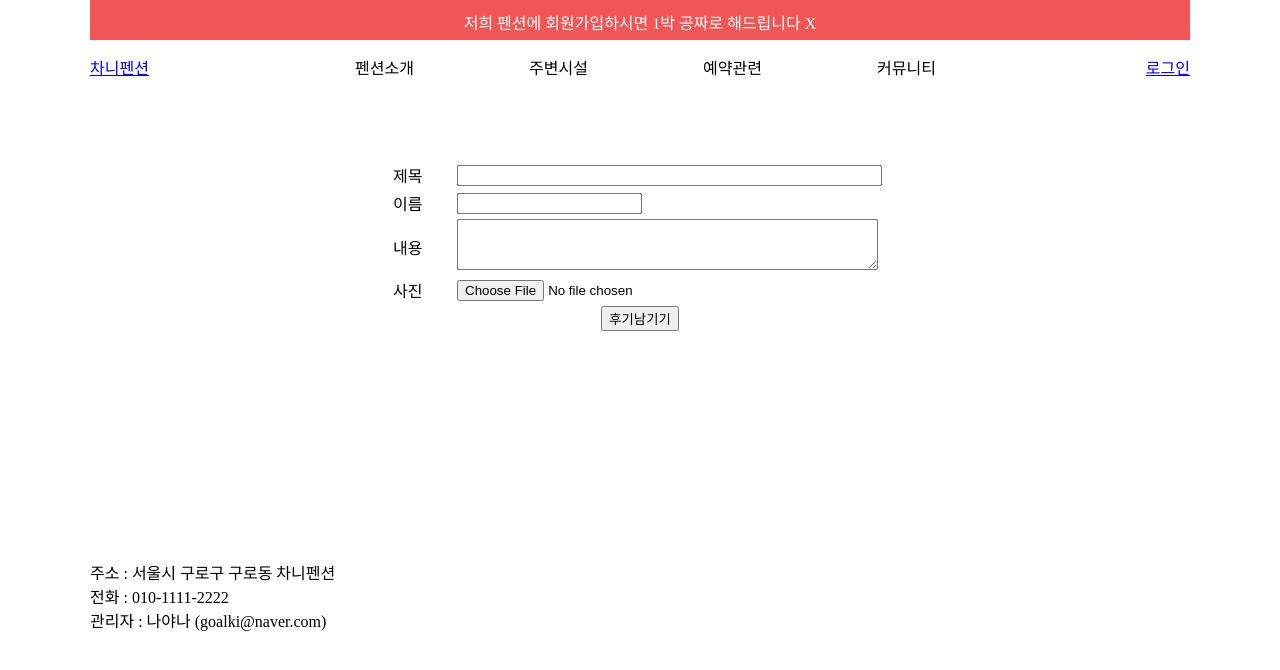
Repository: goalki/pension
Page: http://localhost/pension/tour/write.jsp
The author's editor kept a copy of each file at every save. The page is drawn from the files as they stood at one save, then again after the next save.
The browser window is 1280 px wide. The pictures show the whole page.
The page is served by Tomcat 9.

Above is the page before, as saved 2021-01-19 08:10:13.

After the next save:
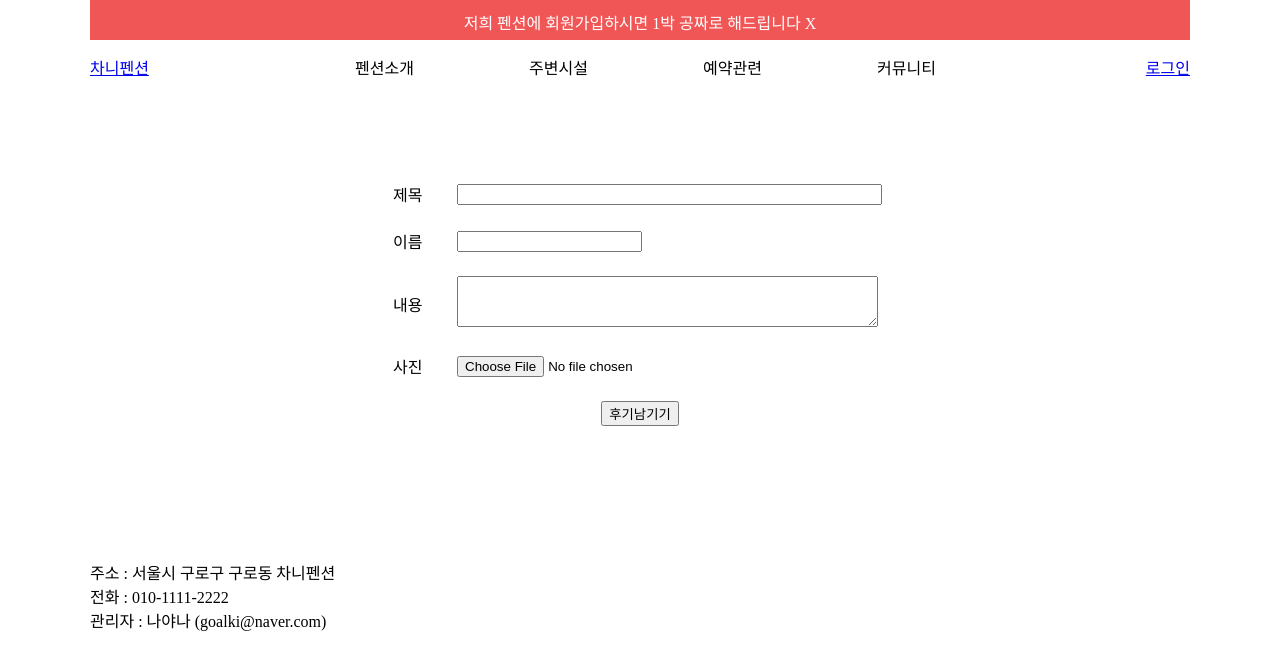
Saved 14 s later.
--- a/pension/WebContent/tour/write.jsp
+++ b/pension/WebContent/tour/write.jsp
@@ -13,7 +13,7 @@
   }
   #section td {
     text-align:left;
-    margin-top:20px;
+    padding-top:20px;
   }
   #section #submit {
     text-align:center;
